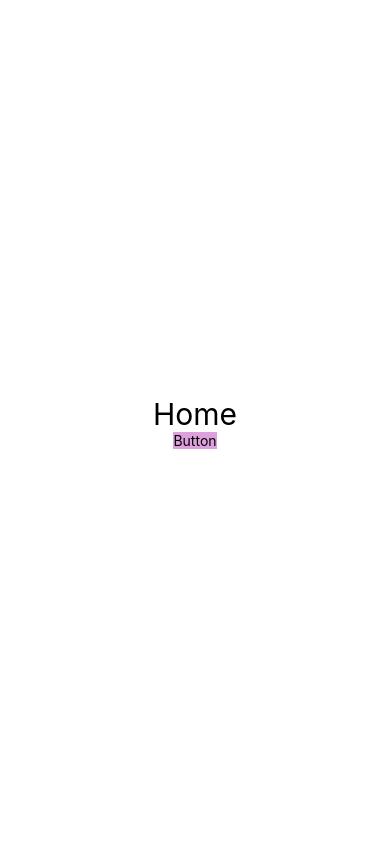
Repository: Kubraaygun/ReactNativeMVVM
Screen: /
These files come from the project's save history. The screen is drawn as it stood at one moment and after the next save; the edit follows.
The app was drawn by React Native's web renderer in a window 390 px wide. The project was rebuilt for these pictures with package versions that can differ from the ones it lists, and the page was loaded fresh each time.

Above is the screen before, as saved 2024-12-12 01:05:33.

After the next save:
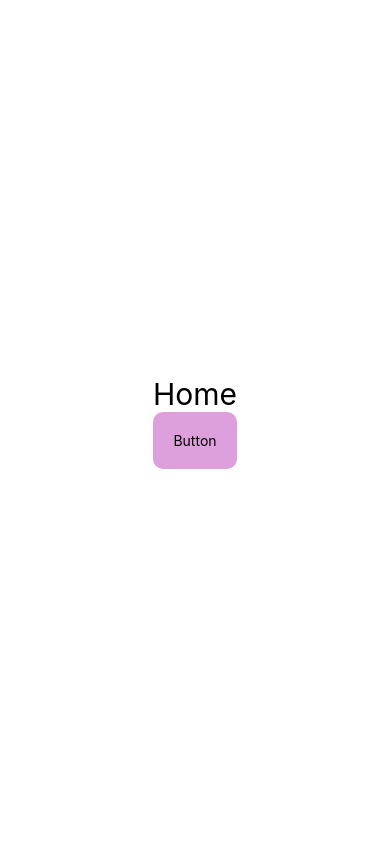
Saved 39 s later.
--- a/src/components/ui/button.jsx
+++ b/src/components/ui/button.jsx
@@ -17,6 +17,8 @@ const styles = StyleSheet.create({
     justifyContent: 'center',
     alignItems: 'center',
     backgroundColor: 'plum',
+    padding: 20,
+    borderRadius: 10,
   },
 });
 
